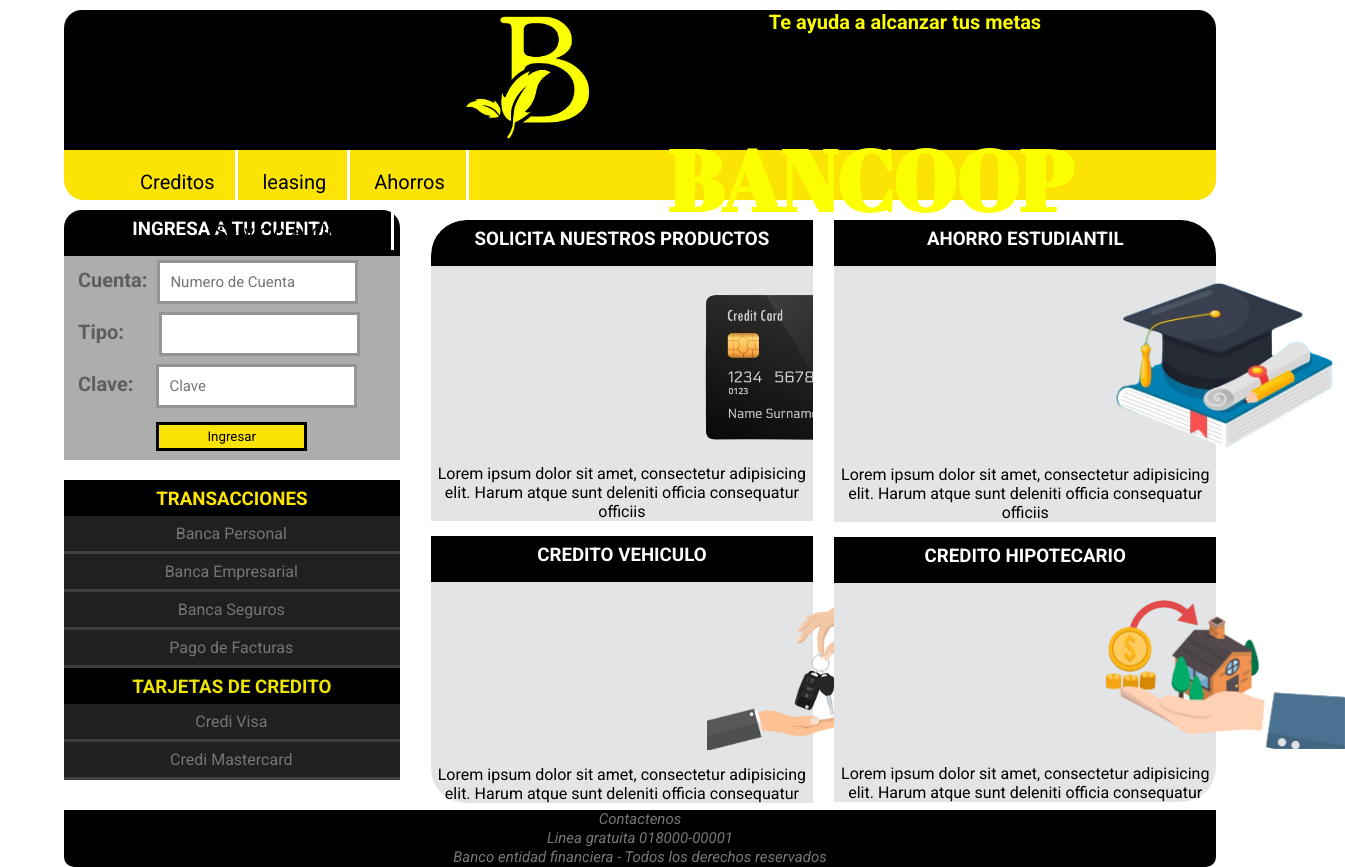
Repository: NickArregoces/BANCOOP
Page: Index.html
The author's editor kept a copy of each file at every save. The page is drawn from the files as they stood at one save, then again after the next save.
The browser window is 1280 px wide. The page is 1345 px wide, so the pictures cover 1345 px, including what lies to the right of the window. The pictures show the whole page.

Above is the page before, as saved 2021-10-08 21:38:01.

After the next save:
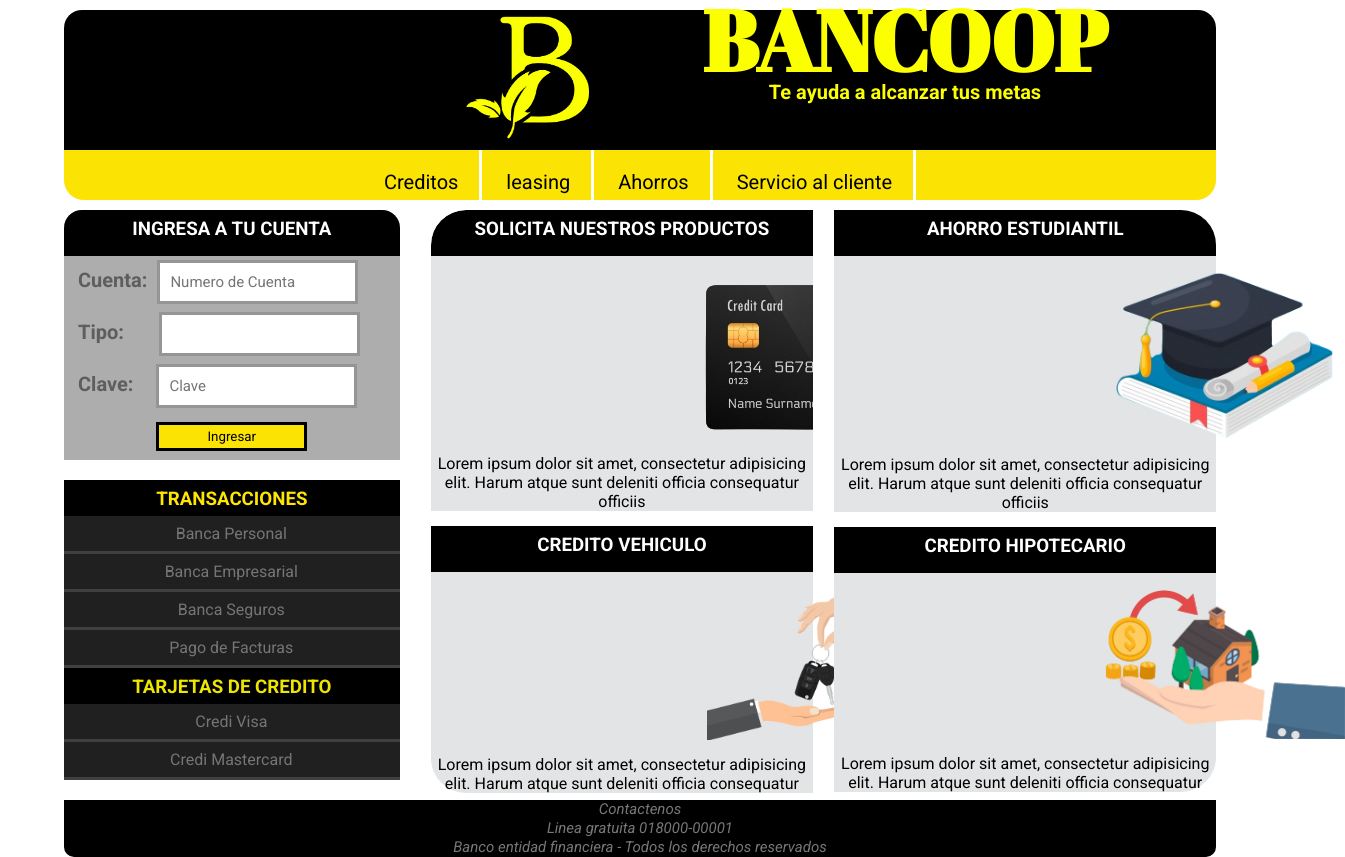
Saved 28 s later.
--- a/Index.html
+++ b/Index.html
@@ -19,7 +19,7 @@
             <div class="image">
                 <img src="/Images/logo1.png" alt="logo">
 
-                <h1 class="title">BANCOOP</h1>
+                <h1>BANCOOP</h1>
                 <h3>Te ayuda a alcanzar tus metas</h3>
             </div>
 
